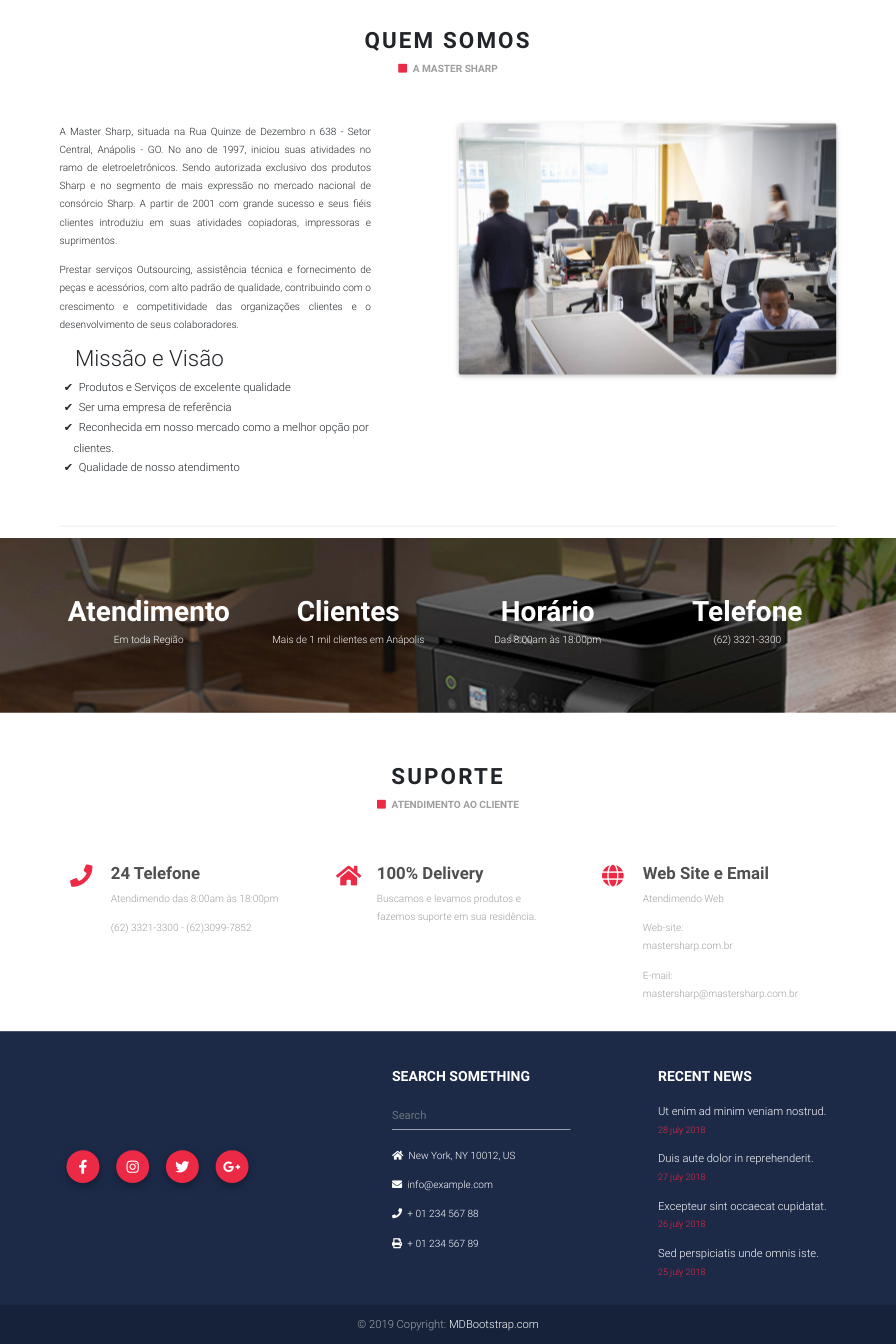
Repository: SalomaoMiguel/mastshap
Page: html/index.html
These files come from the project's save history. The page is drawn as it stood at one moment and after a run of saves; the edit follows.
The browser window is 1280 px wide. The pictures show the part of the page from y = 1373 to 3293 px (the page is 3293 px tall), at 70% of full size.
Some web libraries are served in a nearby version.

Above is the page before, as saved 2021-02-17 15:29:23.

### html/index.html
<!DOCTYPE html>
<html lang="pt-br">

<head>
  <meta charset="utf-8">
  <meta name="viewport" content="width=device-width, initial-scale=1, shrink-to-fit=no">
  <meta http-equiv="x-ua-compatible" content="ie=edge">
  <title>Master Sharp</title>
  <!-- Font Awesome -->
  <link rel="stylesheet" href="https://use.fontawesome.com/releases/v5.8.2/css/all.css">
  <!-- Bootstrap core CSS -->
  <link href="../css/bootstrap.min.css" rel="stylesheet">
  <!-- Material Design Bootstrap -->
  <link href="../css/mdb.min.css" rel="stylesheet">
  <style>
    html,
        body,
        header,
        .jarallax {
          height: 100%;
        }

        @media (min-width: 560px) and (max-width: 740px) {
          html,
          body,
          header,
          .jarallax {
            height: 500px;
          }
        }

        @media (min-width: 800px) and (max-width: 850px) {
            html,
            body,
            header,
            .jarallax {
              height: 600px;
            }
        }

        @media (min-width: 800px) and (max-width: 850px) {
            .navbar:not(.top-nav-collapse) {
                background: #24355c!important;
            }
            .navbar {
              box-shadow: 0 2px 5px 0 rgba(0,0,0,.16), 0 2px 10px 0 rgba(0,0,0,.12) !important;
            }
        }
    </style>
</head>

<body class="intro-page transport-lp">

  <!--Navigation & Intro-->
  <header>

    <!--Navbar-->
    <nav class="navbar fixed-top navbar-expand-lg navbar-dark scrolling-navbar" style="background-color: #f7f7f7!important;">
      <div class="container">
        <a class="navbar-brand" href="#"><img src="../imga/logo/logomastersharp.png" class="img-fluid  " alt="My photo"></a>
        <button class="navbar-toggler" type="button" data-toggle="collapse" data-target="#navbarSupportedContent"
          aria-controls="navbarSupportedContent" aria-expanded="false" aria-label="Toggle navigation">
          <span class="navbar-toggler-icon"></span>
        </button>
        <div class="collapse navbar-collapse " id="navbarSupportedContent">
          <!--Links-->
          <ul class="navbar-nav mr-auto ml-auto smooth-scroll ">
            <li class="nav-item">
              <a class="nav-link text-muted" href="#home">Início <span class="sr-only">(current)</span></a>
            </li>

            <li class="nav-item">
              <a class="nav-link text-muted" href="#about" data-offset="100">Quem Somos</a>
            </li>
            <li class="nav-item">
              <a class="nav-link text-muted" href="#services" data-offset="30">Soluções</a>
            </li>
            <li class="nav-item">
              <a class="nav-link text-muted" href="#features" data-offset="100">Parceiros</a>
            </li>
            <li class="nav-item">
              <a class="nav-link text-muted" href="#suport" data-offset="100">Suporte</a>
            </li>
            <li class="nav-item">
              <a class="nav-link text-muted" href="#contact" data-offset="30">Contato</a>
            </li>
          </ul>

          <!--Social Icons-->
          <ul class="navbar-nav nav-flex-icons">
            <li class="nav-item">
              <a class="nav-link" href="https://api.whatsapp.com/send?phone=5562991729598&#038;text=Gostaria de informações sobre a Master Sharp" target="_blank" rel="noopener noreferrer"><i class="fab fa-whatsapp text-success"> (62) 99172-9598</i></a>
            </li>
            <li class="nav-item">
              <a class="nav-link" href="https://api.whatsapp.com/send?phone=5562993291564&#038;text=Gostaria de informações sobre a Master Sharp" target="_blank" rel="noopener noreferrer" ><i class="fab fa-whatsapp text-success"> (62) 99329-1564</i></a>
            </li>
          </ul>
        </div>
      </div>
    </nav>
    <!--/Navbar-->

    <!-- Intro Section -->
    <div id="home" class="view jarallax" data-jarallax='{"speed": 0.2}' style="background-image: url('../imga/back/impressorapeople.png'); background-repeat: no-repeat; background-size: cover; background-position: center center;">
      <div class="mask rgba-black-light">
        <div class="container h-100 d-flex justify-content-center align-items-center">
          <div class="row smooth-scroll">
            <div class="col-md-12 white-text text-center">
              <div class="wow fadeInDown" data-wow-delay="0.2s">
                <h1 class="display-4 text-uppercase rgba-black-light px-3 py-2"><strong class="font-weight-bold">Master Sharp sempre inovando.</strong></h1>
                <h5 class="white-text mt-5"></h5>
                <h2 class="white-text text-uppercase h2-responsive font-weight-bold mb-5 mt-4"> Oferecendo assim a melhor solução para redução de custos.</h2>
                <a href="https://api.whatsapp.com/send?phone=5562993291564&#038;text=Gostaria de informações sobre a Master Sharp" target="_blank" rel="noopener noreferrer" data-offset="100" class="btn btn-success btn-rounded"><i class="fab fa-whatsapp text-white" style="font-size: 18px;"> <span class="text-white"> </span></i> &nbsp; Fale conosco</a>
              </div>
            </div>
          </div>
        </div>
      </div>
    </div>

  </header>
  <!--/Navigation & Intro-->

  <!--Main content-->
  <main>

    <!--First container-->
    <div class="container-fluid background-z">
      <div class="container">

        <!--Section: Possibilities-->
        <section class="py-4">

          <!--Secion heading-->
          <h2 id="services" class="text-center text-uppercase font-weight-bold mt-5 pt-4 spacing wow fadeIn" data-wow-delay="0.2s"><strong>Soluções</strong></h2>

          <!--Section description-->
          <p class="text-center text-uppercase font-weight-bold grey-text mb-5 pb-3 wow fadeIn" data-wow-delay="0.2s"><i
              class="fas fa-square red-text-2 mr-2" aria-hidden="true"></i> Nossos Serviços</p>

          <!--First row-->
          <div class="row mb-5 wow fadeIn" data-wow-delay="0.4s">

            <div class="col-lg-3 col-md-6 text-center pt-1">
              <div class="icon-area">
                <div class="circle-icon">
                  <i class="fas fa-print"></i>
                </div>
                <br>
                <strong>Locação de Impressoras</strong>
                <p>Soluções Corporativas em impressão e cópias..</p>
              </div>
            </div>

            <div class="col-lg-3 col-md-6 text-center pt-1">
              <div class="icon-area">
                <div class="circle-icon">
                  <i class="fas fa-print"></i>
                </div>
                <br>
                <strong>Manutenção de Impressoras</strong>
                <p>Equipe de Assistência Técnica altamente qualificada, jovem mas competente e com vasta experiência no seu segmento de atuação.</p>
              </div>
            </div>

            <div class="col-lg-3 col-md-6 text-center pt-1">
              <div class="icon-area">
                <div class="circle-icon">
                  <i class="fas fa-print"></i>
                </div>
                <br>
                <strong>Toners e Recargas</strong>
                <p>Somos especializados em recarga de toners. Oferecemos a sua empresa um serviço de qualidade por um preço acessível.</p>
              </div>
            </div>

            <div class="col-lg-3 col-md-6 text-center pt-1">
              <div class="icon-area">
                <div class="circle-icon">
                  <i class="fas fa-print"></i>
                </div>
                <br>
                <strong>Vendas de Impressoras</strong>
                <p>Sharp, Brother, Samsung, Ricoh, HP, Epson e muito mais. Impressoras de varios modelos.</p>
              </div>
            </div>

          </div>
          <!--/First row-->

        </section>
        <!--/Section: Possibilities-->

      </div>
    </div>
    <!--/First container-->

    <!--Second container-->
    <div class="container">

      <!--Section: About-->
      <section id="about" class="about my-5">

        <!--Secion heading-->
        <h2 class="text-center text-uppercase font-weight-bold mt-5 pt-4 pt-4 spacing wow fadeIn" data-wow-delay="0.2s"><strong>Quem Somos</strong></h2>

        <!--Section description-->
        <p class="text-center text-uppercase font-weight-bold grey-text mb-5 pb-3 wow fadeIn" data-wow-delay="0.2s"><i
            class="fas fa-square red-text-2 mr-2" aria-hidden="true"></i>A Master Sharp</p>

        <!--First row-->
        <div class="row">

          <!--First column column-->
          <div class="col-xl-5 col-lg-6 pb-1 wow fadeIn" data-wow-delay="0.4s">

            <!--Description-->
            <p align="justify">A Master Sharp, situada na Rua Quinze de Dezembro n 638 - Setor Central, Anápolis - GO. No ano de 1997, iniciou suas atividades no ramo de eletroeletrônicos. Sendo autorizada exclusivo dos produtos Sharp e no segmento de mais expressão no mercado nacional de consórcio Sharp. A partir de 2001 com grande sucesso e seus fiéis clientes introduziu em suas atividades copiadoras, impressoras e suprimentos.
            </p>

            <p align="justify">Prestar serviços Outsourcing, assistência técnica e fornecimento de peças e acessórios, com alto padrão de qualidade, contribuindo com o crescimento e competitividade das organizações clientes e o desenvolvimento de seus colaboradores.</p>

            <ul>
              <h2> Missão e Visão</h2>
              <li>Produtos e Serviços de excelente qualidade</li>
              <li>Ser uma empresa de referência</li>
              <li>Reconhecida em nosso mercado como a melhor opção por clientes.</li>
              <li>Qualidade de nosso atendimento</li>
            </ul>

          </div>
          <!--/First column-->

          <!--Column column-->
          <div class="col-xl-6 ml-lg-auto col-lg-6 mb-5 wow fadeIn" data-wow-delay="0.4s">

            <!--Image-->
            <img src="../imga/back/officess.jpg" class="img-fluid rounded z-depth-1"
              alt="My photo">

          </div>
          <!--/Column column-->

        </div>
        <!--/First row-->

      </section>
      <!--/Section: About-->

      <hr>

      <!--Section: Services-->

      <!--/Section: Services-->

    </div>
    <!--/Second container-->

    <!--Streak-->
    <div class="streak streak-photo" style="background-image:url('../imga/back/epson.jpg')">
      <div class="mask flex-center rgba-black-light">
        <div class="container">

          <!--First row -->
          <div class="row text-white text-center wow fadeIn" data-wow-delay="0.2s">

            <!--First column -->
            <div class="col-md-3 mb-2">
              <h1 class="white-text mb-1 font-weight-bold"><strong>Atendimento</strong></h1>
              <p>Em toda Região</p>
            </div>
            <!-- First column -->

            <!--Second column -->
            <div class="col-md-3 mb-2">
              <h1 class="white-text mb-1 font-weight-bold"><strong>Clientes</strong></h1>
              <p>Mais de 1 mil clientes em Anápolis</p>
            </div>
            <!-- Second column -->

            <!--Third column -->
            <div class="col-md-3 mb-2">
              <h1 class="white-text mb-1 font-weight-bold"><strong>Horário</strong></h1>
              <p>Das 8:00am às 18:00pm</p>
            </div>
            <!-- Third column -->

            <!--Fourth column -->
            <div class="col-md-3">
              <h1 class="white-text mb-1 font-weight-bold"><strong>Telefone</strong></h1>
              <p>(62) 3321-3300</p>
            </div>
            <!-- Fourth column -->

          </div>
          <!-- First row -->
        </div>
      </div>
    </div>
    <!--/Streak-->

    <!--Third container-->
    <div class="container">

      <!--Section: Features v.4-->
      <section id="suport" class="feature-box">

        <!--Secion heading-->
        <h2 class="text-center text-uppercase font-weight-bold mt-5 pt-4 spacing wow fadeIn" data-wow-delay="0.2s"><strong>Suporte</strong></h2>

        <!--Section description-->
        <p class="text-center text-uppercase font-weight-bold grey-text mb-5 wow fadeIn" data-wow-delay="0.2s"><i class="fas fa-square red-text-2 mr-2"
            aria-hidden="true"></i>Atendimento ao cliente</p>

        <!--Grid row-->
        <div class="row features-small pt-4">

          <!--Grid column-->
          <div class="col-md-4 mb-4">
            <div class="col-1 col-md-2 float-left">
              <i class="fas fa-phone red-text-2 fa-2x"></i>
            </div>
            <div class="col-10 col-md-9 col-lg-10 float-right">
              <h4 class="font-weight-bold dark-grey-text">24 Telefone </h4>
              <p class="grey-text"> Atendimendo das 8:00am às 18:00pm</p>
              <p class="grey-text"> (62) 3321-3300 - (62)3099-7852</p>
            </div>
          </div>
          <!--Grid column-->

          <!--Grid column-->
          <div class="col-md-4 mb-4">
            <div class="col-1 col-md-2 float-left">
              <i class="fas fa-home red-text-2 fa-2x"></i>
            </div>
            <div class="col-10 col-md-9 col-lg-10 float-right">
              <h4 class="font-weight-bold dark-grey-text">100% Delivery</h4>
              <p class="grey-text"> Buscamos e levamos produtos e fazemos suporte em sua residência.</p>
            </div>
          </div>
          <!--Grid column-->

          <!--Grid column-->
          <div class="col-md-4 mb-4">
            <div class="col-1 col-md-2 float-left">
              <i class="fas fa-globe red-text-2 fa-2x"></i>
            </div>
            <div class="col-10 col-md-9 col-lg-10 float-right">
              <h4 class="font-weight-bold dark-grey-text">Web Site e  Email</h4>
              <p class="grey-text">Atendimendo Web</p>
              <p class="grey-text">Web-site:&emsp;&emsp;&emsp;&emsp;&emsp;&emsp;mastersharp.com.br</p>
              <p class="grey-text">E-mail: mastersharp@mastersharp.com.br</p>
            </div>
          </div>
          <!--Grid column-->

        </div>
        <!--Grid row-->

      </section>
      <!--/Section: Features v.4-->

    </div>
    <!--/Third container-->

    <!--Fourth container-->

    <!--/Fourth container-->

    <!--Fifth container-->

    <!--/Fifth container-->

  </main>
  <!--/Main content-->

  <!--Footer-->
  <footer class="page-footer mdb-color darken-3 text-center text-md-left pt-5">

    <!--Footer Links-->
    <div class="container mb-3">

      <!--First row-->
      <div class="row">

        <!--First column-->
        <div id="contact" class="col-md-4 mt-1 mb-1 wow fadeIn" data-wow-delay="0.3s" >
          <!--About-->
          <h5 class="title mb-4 font-weight-bold"></h5>

          <p>&emsp;</p>

          <p>&emsp;</p>
          <!--/About -->

          <div class="footer-socials mt-2">

            <!--Facebook-->
            <a type="button" class="btn-floating  btn-danger-2"><i class="fab fa-facebook-f"></i></a>
            <!--Dribbble-->
            <a type="button" class="btn-floating  btn-danger-2"><i class="fab fa-instagram"></i></a>
            <!--Twitter-->
            <a type="button" class="btn-floating  btn-danger-2"><i class="fab fa-twitter"></i></a>
            <!--Google +-->
            <a type="button" class="btn-floating  btn-danger-2"><i class="fab fa-google-plus-g"></i></a>

          </div>
        </div>
        <!--/First column-->

        <hr class="w-100 clearfix d-md-none">

        <!--Second column-->
        <div class="col-lg-3 ml-lg-auto col-md-4 mt-1 mb-1 wow fadeIn" data-wow-delay="0.3s">
          <!--Search-->
          <h5 class="text-uppercase mb-4 font-weight-bold">Search something</h5>

          <ul class="footer-search list-unstyled">
            <li>
              <form class="search-form" role="search">
                <div class="md-form">
                  <input type="text" class="form-control" placeholder="Search">
                </div>
              </form>
            </li>
          </ul>

          <!--Info-->
          <p><i class="fas fa-home pr-1"></i> New York, NY 10012, US</p>
          <p><i class="fas fa-envelope pr-1"></i> info@example.com</p>
          <p><i class="fas fa-phone pr-1"></i> + 01 234 567 88</p>
          <p><i class="fas fa-print pr-1"></i> + 01 234 567 89</p>

        </div>
        <!--/Second column-->

        <hr class="w-100 clearfix d-md-none">

        <!--Third column-->
        <div class="col-lg-3 ml-lg-auto col-md-4 mt-1 mb-1 wow fadeIn" data-wow-delay="0.3s">
          <!--Contact-->
          <h5 class="text-uppercase mb-4 font-weight-bold">Recent news</h5>

          <ul class="footer-posts list-unstyled">
            <li><a>Ut enim ad minim veniam nostrud.</a><span>
                <p class="red-text-2 font-small">28 july 2018</p>
              </span></li>
            <li><a>Duis aute dolor in reprehenderit.</a><span>
                <p class="red-text-2 font-small">27 july 2018</p>
              </span></li>
            <li><a>Excepteur sint occaecat cupidatat.</a><span>
                <p class="red-text-2 font-small">26 july 2018</p>
              </span></li>
            <li><a>Sed perspiciatis unde omnis iste.</a><span>
                <p class="red-text-2 font-small">25 july 2018</p>
              </span></li>
          </ul>

        </div>
        <!--/Third column-->

      </div>
      <!--/First row-->

    </div>
    <!--/Footer Links-->

    <!--Copyright-->
    <div class="footer-copyright py-3 text-center">
      <div class="container-fluid">
        © 2019 Copyright: <a href="https://mdbootstrap.com/education/bootstrap/" target="_blank"> MDBootstrap.com </a>
      </div>
    </div>
    <!--/Copyright-->

  </footer>
  <!--/Footer-->


  <!-- SCRIPTS -->

  <!-- JQuery -->
  <script type="text/javascript" src="../js/jquery-3.4.1.min.js"></script>

  <!-- Bootstrap tooltips -->
  <script type="text/javascript" src="../js/popper.min.js"></script>

  <!-- Bootstrap core JavaScript -->
  <script type="text/javascript" src="../js/bootstrap.min.js"></script>

  <!-- MDB core JavaScript -->
  <script type="text/javascript" src="../js/mdb.min.js"></script>

  <script>
    //Animation init
    new WOW().init();

  </script>

</body>

</html>

Loaded but not shown: css/bootstrap.min.css (library); css/mdb.min.css (library); js/jquery-3.4.1.min.js (library); js/popper.min.js (library); js/bootstrap.min.js (library); js/mdb.min.js (library)

After the next 2 saves:
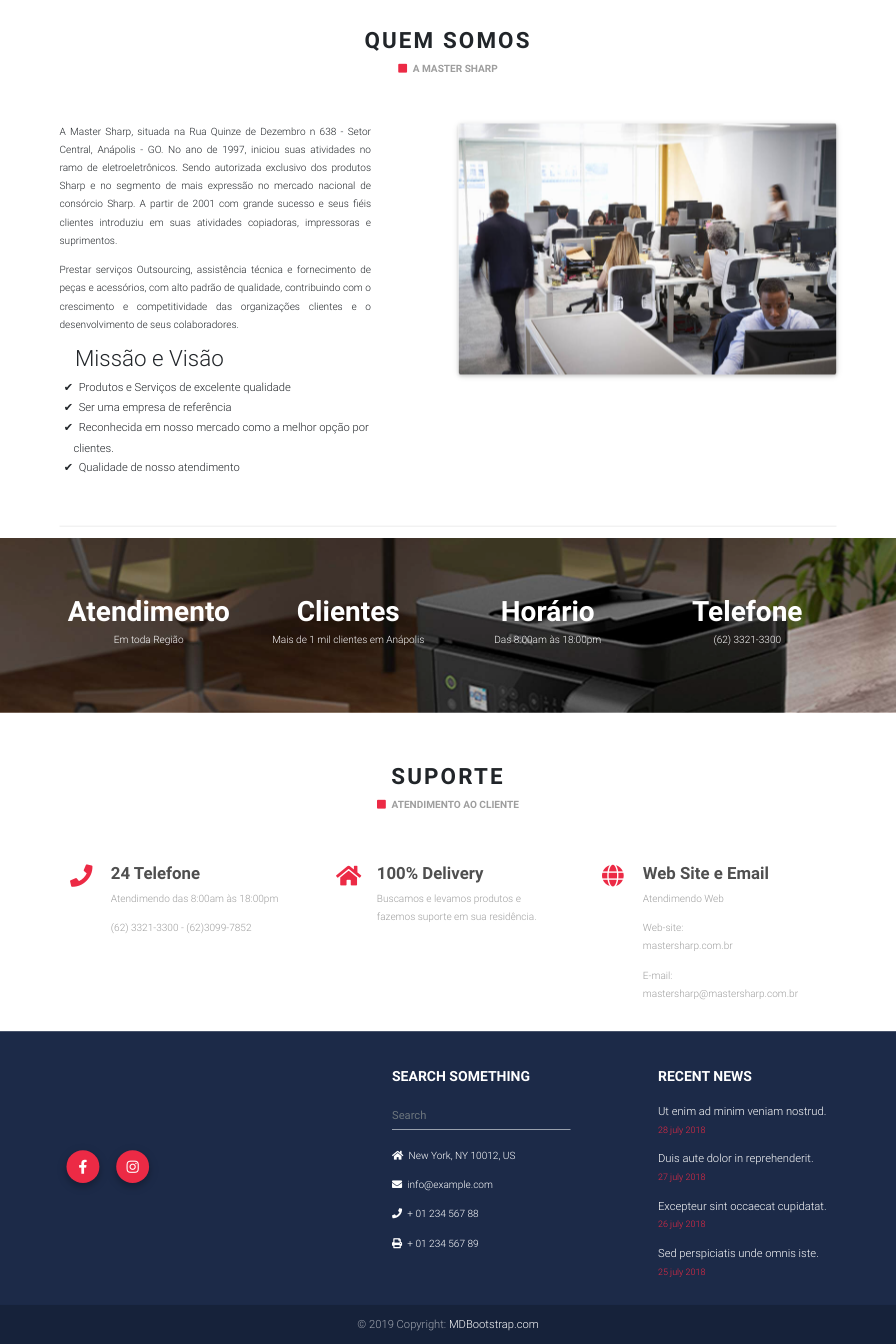
The 2 saves are shown as one change because they came seconds apart.
The last was saved 10 s later.
--- a/html/index.html
+++ b/html/index.html
@@ -399,11 +399,6 @@
             <a type="button" class="btn-floating  btn-danger-2"><i class="fab fa-facebook-f"></i></a>
             <!--Dribbble-->
             <a type="button" class="btn-floating  btn-danger-2"><i class="fab fa-instagram"></i></a>
-            <!--Twitter-->
-            <a type="button" class="btn-floating  btn-danger-2"><i class="fab fa-twitter"></i></a>
-            <!--Google +-->
-            <a type="button" class="btn-floating  btn-danger-2"><i class="fab fa-google-plus-g"></i></a>
-
           </div>
         </div>
         <!--/First column-->
